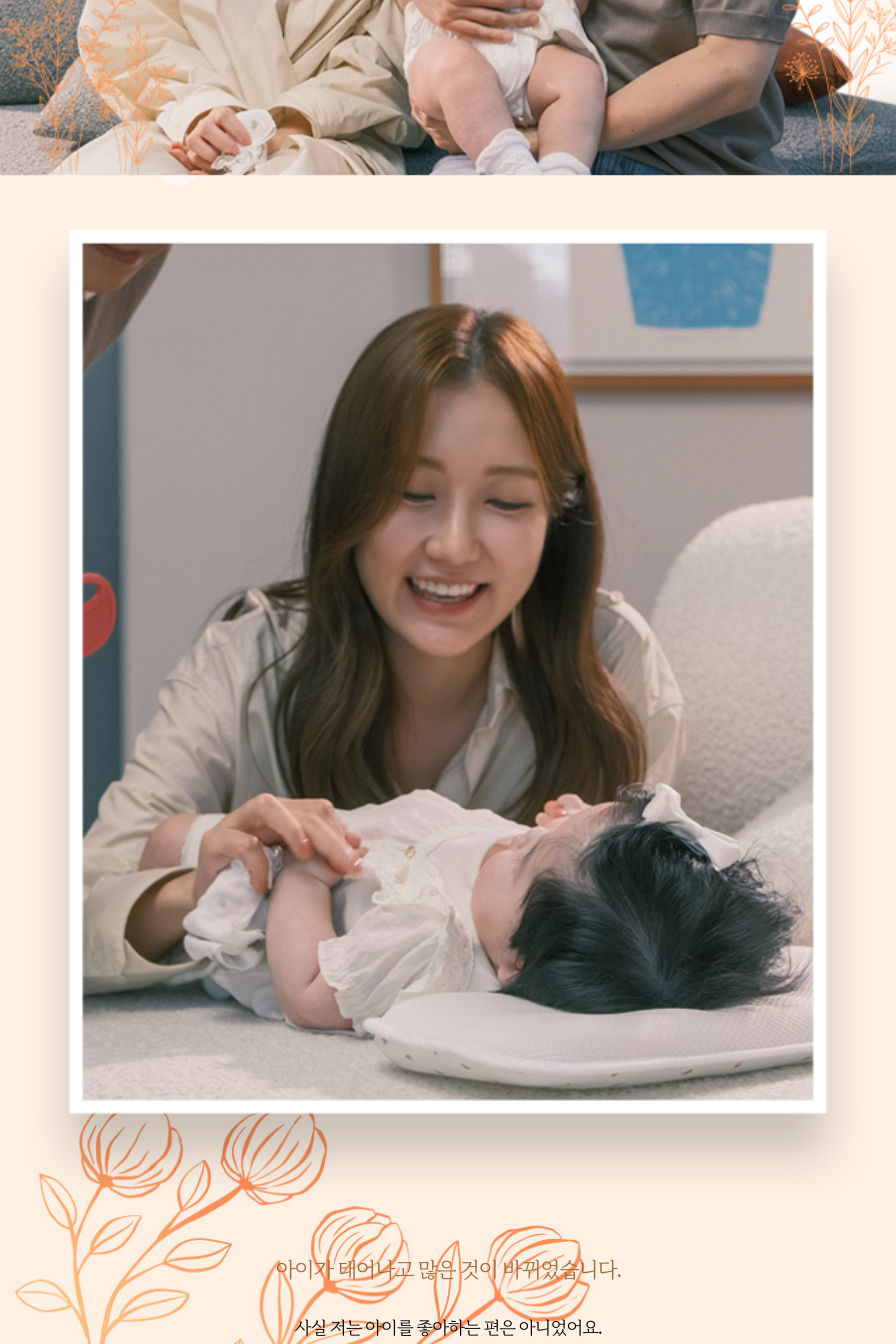
Repository: dlgywls1130/saveTheChildren_2024
Page: index.html
These files come from the project's save history. The page is drawn as it stood at one moment and after the next save; the edit follows.
The browser window is 1280 px wide. The pictures show the part of the page from y = 2646 to 4566 px (the page is 17305 px tall before and 17335 px after), at 70% of full size.
Some web fonts or font styles are not loaded; a fallback is used. The style sheet was rebuilt from its Sass, Less or Tailwind sources for each picture, by a compiler version that may differ from the author's.

Above is the page before, as saved 2024-11-03 21:19:53.

After the next save:
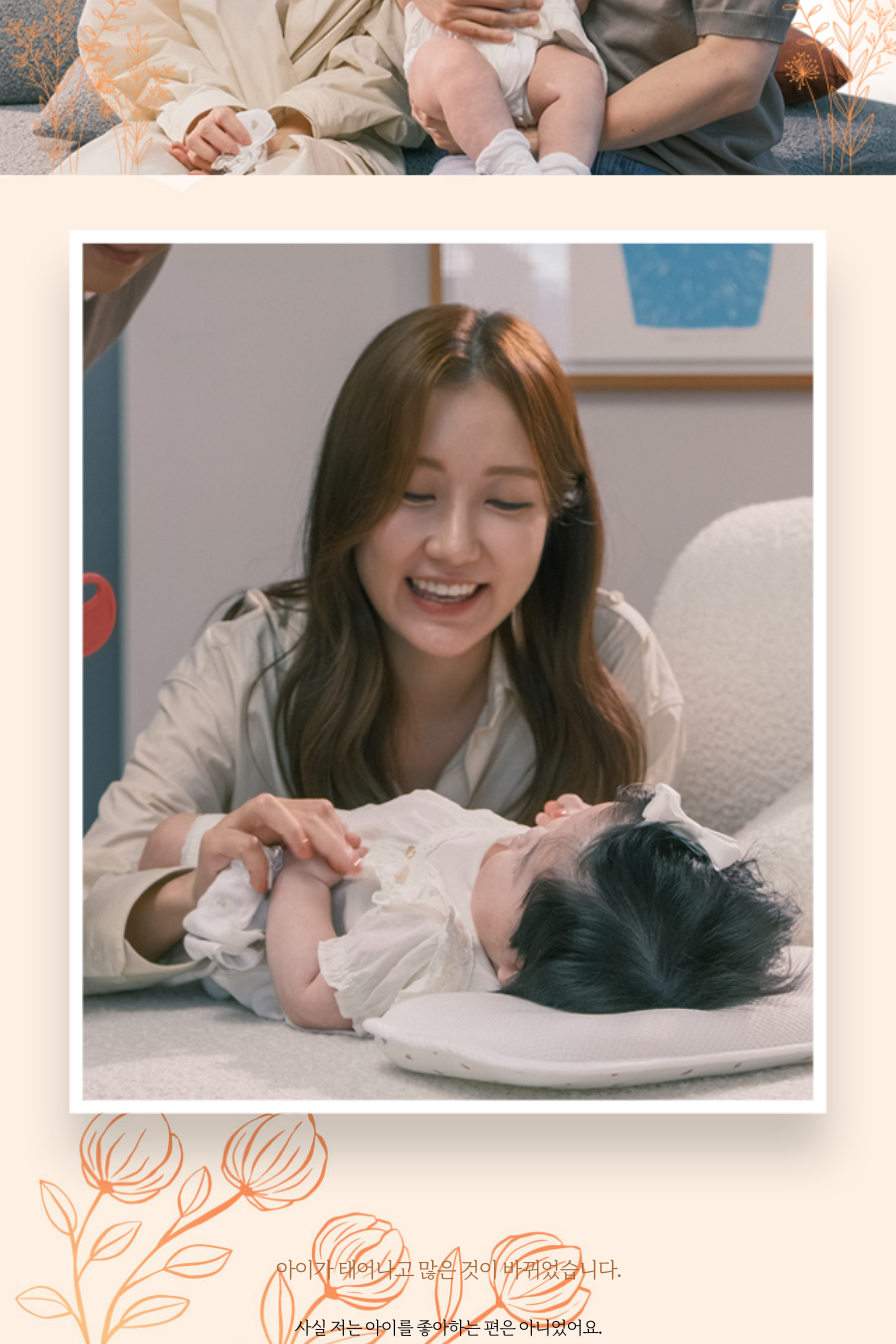
Saved 55 s later.
--- a/index.html
+++ b/index.html
@@ -176,7 +176,7 @@
             <div class="story_05">
                 <div class="story_05_01 pt-80 mb-50">
 
-                    <div class="story_text">
+                    <div class="story_text mb-30">
                         “아이가 건강하게 발달단계를 해내는
                         <br>소중한 순간에 기부를 하면
                         <br>수빈이가 더 건강하고,행복하게
